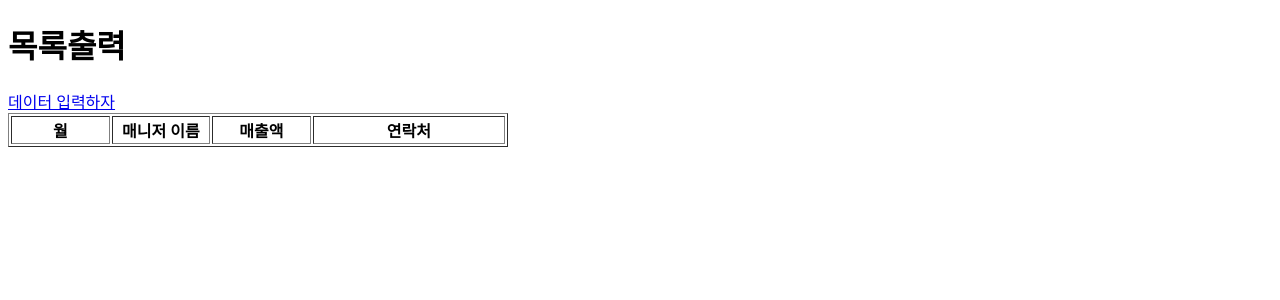
Repository: odasd/Ark-html
Page: http://localhost/exhome/list.jsp
The author's editor kept a copy of each file at every save. The page is drawn from the files as they stood at one save, then again after the next save.
The browser window is 1280 px wide. The pictures show the whole page.
The page is served by Tomcat 9. Queries for data that is not in the repository find no rows.

Above is the page before, as saved 2020-04-08 18:35:05.

After the next save:
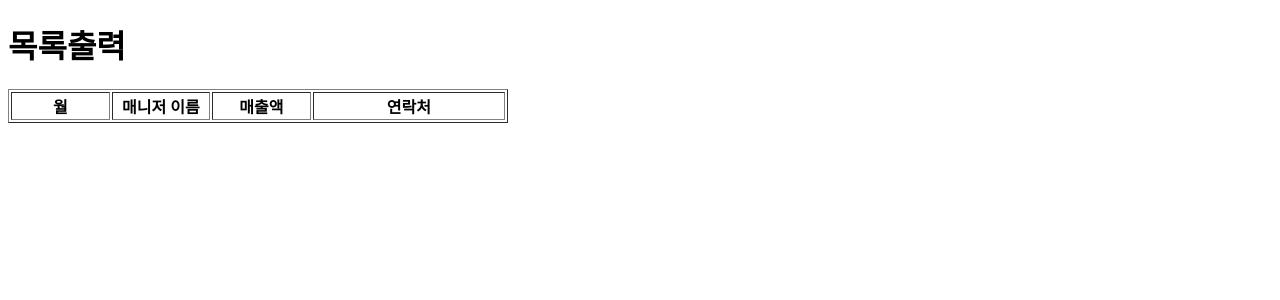
Saved 6 min 21 s later.
--- a/20200407/exhome/WebContent/list.jsp
+++ b/20200407/exhome/WebContent/list.jsp
@@ -43,7 +43,7 @@
 			%>
 		</talble>
 
-		<a href="pthome.html">데이터 입력하자</a>
+
 
 </body>
 </html>

After the save that followed:
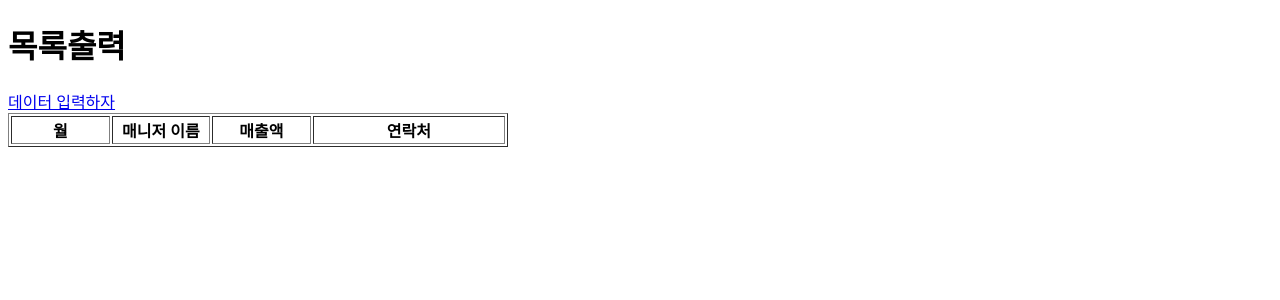
Saved 9 s later.
--- a/20200407/exhome/WebContent/list.jsp
+++ b/20200407/exhome/WebContent/list.jsp
@@ -43,7 +43,7 @@
 			%>
 		</talble>
 
-
+		<a href="pthome.html">데이터 입력하자</a>
 
 </body>
 </html>
